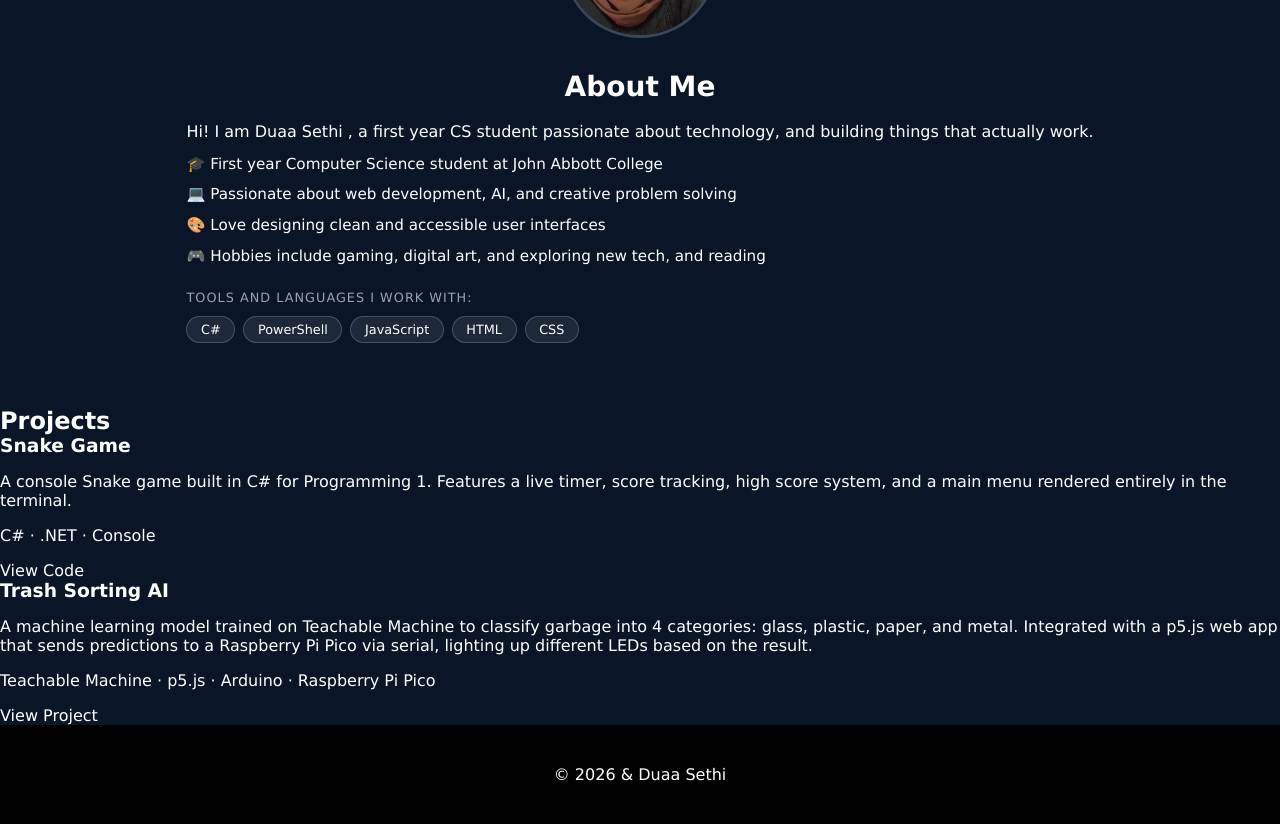
Repository: Duaa-Sethi/Duaa-Sethi
Page: index.html
These files come from the project's save history. The page is drawn as it stood at one moment and after the next save; the edit follows.
The browser window is 1280 px wide. The pictures show the part of the page from y = 1017 to 1969 px (the page is 1841 px tall before and 1969 px after).
Some web fonts or font styles are not loaded; a fallback is used.

Above is the page before, as saved 2026-05-02 15:21:58.

### index.html
<!doctype html>
<html lang="en">
  <head>
    <meta charset="UTF-8" />
    <meta name="viewport" content="width=device-width, initial-scale=1.0" />
    <title>Dua Portfolio</title>
    <link rel="stylesheet" href="./styles/index.css" />
    <link rel="stylesheet" href="./styles/globals.css" />
  </head>
  <body>
    <!-- NAV -->
    <nav>
      <ul>
        <li><a href="#about">About</a></li>
        <li><a href="#projects">Projects</a></li>
        <li><a href="#contact">Contact</a></li>
      </ul>
    </nav>

    <!-- HERO -->
    <section class="hero">
      <article>
        <h1>Duaa Sethi Portfolio</h1>
        <p>Developer · Designer · Creator</p>
        <a href="#projects">View Projects</a>
      </article>
    </section>

    <!-- ABOUT -->
    <section class="about" id="about">
      <img src="./assets/images/Dua Sethi.jpeg" alt="Photo of Duaa Sethi" />
      <div class="about-text">
        <h2>About Me</h2>
        <p>
          Hi! I am Duaa Sethi , a first year CS student passionate about
          technology, and building things that actually work.
        </p>

        <ul class="about-list">
          <li>🎓 First year Computer Science student at John Abbott College</li>
          <li>
            💻 Passionate about web development, AI, and creative problem
            solving
          </li>
          <li>🎨 Love designing clean and accessible user interfaces</li>
          <li>
            🎮 Hobbies include gaming, digital art, and exploring new tech, and
            reading
          </li>
        </ul>

        <p class="tools-label">Tools and languages I work with:</p>
        <ul class="tools-list">
          <li>C#</li>
          <li>PowerShell</li>
          <li>JavaScript</li>
          <li>HTML</li>
          <li>CSS</li>
        </ul>
      </div>
    </section>

    <!-- PROJECTS -->
    <section class="projects" id="projects">
      <h2>Projects</h2>
      <div class="cards">
        <article class="card">
          <h3>Snake Game</h3>
          <p>
            A console Snake game built in C# for Programming 1. Features a live
            timer, score tracking, high score system, and a main menu rendered
            entirely in the terminal.
          </p>
          <p class="tech">C# · .NET · Console</p>
          <a
            href="https://github.com/Duaa-Sethi/Programming1-project-Dua-Sethi"
            target="_blank"
            >View Code</a
          >
        </article>
        <article class="card">
          <h3>Trash Sorting AI</h3>
          <p>
            A machine learning model trained on Teachable Machine to classify
            garbage into 4 categories: glass, plastic, paper, and metal.
            Integrated with a p5.js web app that sends predictions to a
            Raspberry Pi Pico via serial, lighting up different LEDs based on
            the result.
          </p>
          <p class="tech">
            Teachable Machine · p5.js · Arduino · Raspberry Pi Pico
          </p>
          <a
            href="https://editor.p5js.org/duairfansethi/full/mdRLpCkG2"
            target="_blank"
            >View Project</a
          >
        </article>
      </div>
    </section>

    <footer>
      <p>© 2026 & Duaa Sethi</p>
    </footer>
  </body>
</html>

### styles/index.css
body {
  background-color: #0a1628;
}

/* NAV */
nav {
  position: sticky;
  top: 0;
  background-color: black;
  padding: 0 1.5rem;
}

nav ul {
  display: flex;
  justify-content: flex-end;
  gap: 1.5rem;
  padding: 1rem 0;
}

nav ul li a {
  font-size: 0.9rem;
}

.hero {
  display: flex;
  align-items: center;
  justify-content: center;
  text-align: center;
  min-height: 100vh;
  padding: 2rem 1.5rem;

  /* dont memorize, copy paste background defs */
  background-image: url(../assets/images/starry\ sky\ animated\ gif\ -\ Google\ Search.gif);
  background-size: cover;
  background-position: center;
  background-repeat: no-repeat;
}

.hero h1 {
  font-size: 2rem;
  margin-bottom: 0.75rem;
}

.hero p {
  font-size: 1rem;
  opacity: 0.75;
  margin: 0 0 1.5rem 0;
}

.hero a {
  border: 2px solid white;
  padding: 0.5rem 1.25rem;
  border-radius: 20px;
  font-size: 0.9rem;
}

.hero a:hover {
  background-color: white;
  color: #0a1628;
  text-decoration: none;
}

/* ABOUT */
.about {
  display: flex;
  flex-direction: column;
  align-items: center;
  gap: 2rem;
  padding: 4rem 1.5rem;
  text-align: center;
}

.about img {
  width: 150px;
  height: 150px;
  border-radius: 50%;
  object-fit: cover;
  border: 3px solid rgba(255, 255, 255, 0.2);
}

.about h2 {
  font-size: 1.75rem;
  margin-bottom: 1rem;
}

.about p {
  margin: 0 0 0.5rem 0;
  line-height: 1.6;
}

.about-list {
  display: flex;
  flex-direction: column;
  gap: 0.5rem;
  text-align: left;
  margin-bottom: 1.25rem;
}

.about-list li {
  font-size: 0.95rem;
  line-height: 1.5;
}

.tools-label {
  font-size: 0.8rem;
  opacity: 0.6;
  text-transform: uppercase;
  letter-spacing: 0.08em;
  text-align: left;
  margin-bottom: 0.5rem;
}

.tools-list {
  display: flex;
  flex-wrap: wrap;
  gap: 0.5rem;
  text-align: left;
}

.tools-list li {
  background-color: rgba(255, 255, 255, 0.08);
  border: 1px solid rgba(255, 255, 255, 0.2);
  border-radius: 20px;
  padding: 0.3rem 0.85rem;
  font-size: 0.8rem;
}

footer {
  text-align: center;
  padding: 1.5rem;
  background-color: black;
}

@media only screen and (min-width: 600px) {
  h1 {
    font-size: 4rem;
  }
}

@media only screen and (min-width: 992px) {
  h1 {
    font-size: 5rem;
  }
}

### styles/globals.css
/* FONT DEFS */
@font-face {
  font-family: "main font";
  src: url(../assets/fonts/NewsCycle-Regular.ttf);
}

/* CROSS PAGE STYLES */
body {
  font-family: "main font", Verdana, sans-serif;
  color: white;
  margin: 0;
}

h1 {
  font-weight: bold;
  font-size: 1.5rem;
}

a {
  text-decoration: none;
  color: white;
}
h2,
h3 {
  margin: 0;
}
a:hover {
  text-decoration: underline;
}
ul {
  list-style: none;
  padding: 0;
  margin: 0;
}

After the next save:
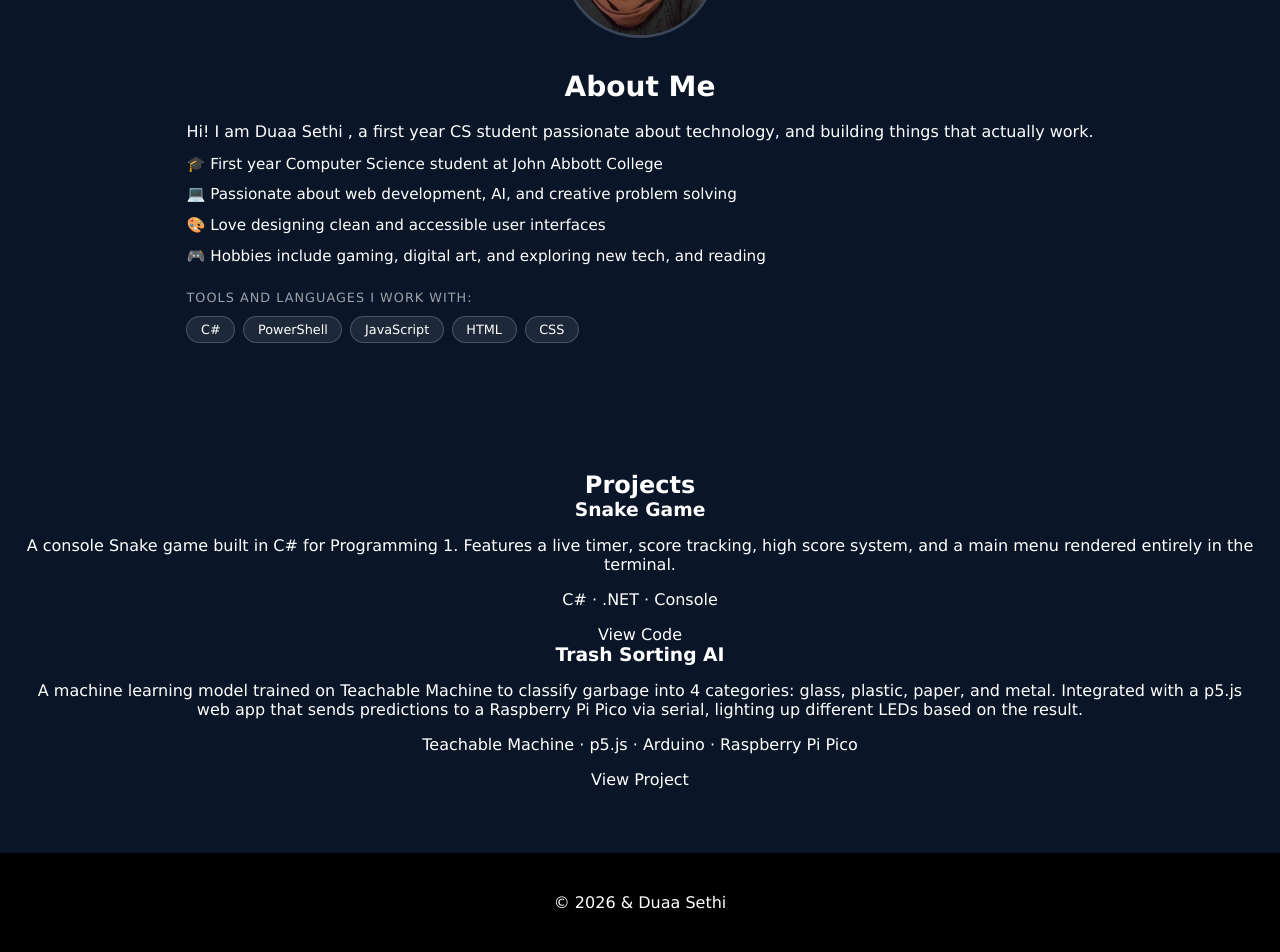
Saved 28 s later.
--- a/styles/index.css
+++ b/styles/index.css
@@ -124,6 +124,11 @@ nav ul li a {
   padding: 0.3rem 0.85rem;
   font-size: 0.8rem;
 }
+/* PROJECTS */
+.projects {
+  padding: 4rem 1.5rem;
+  text-align: center;
+}
 
 footer {
   text-align: center;
